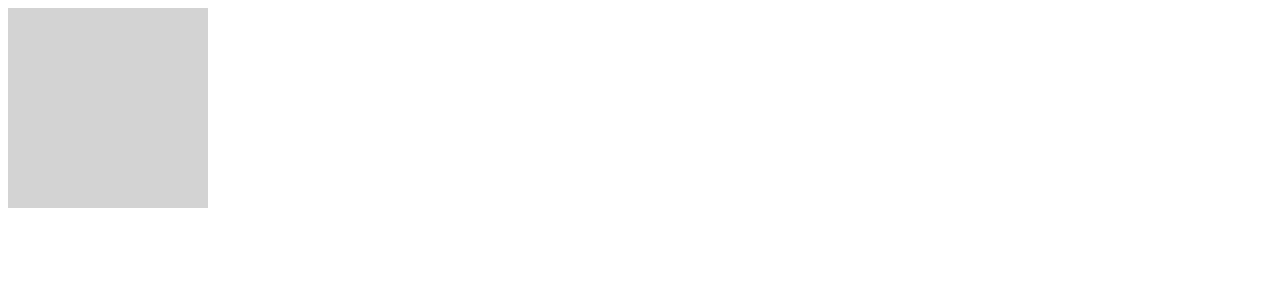
Repository: ezotop/react_ts_props-hook-router-event-req
Page: /
An editor plug-in stored every save of this project. The page is shown before and after the next save, followed by the edit.
The browser window is 1280 px wide. The pictures show the whole page.
The project was rebuilt for these pictures with package versions that can differ from the ones it lists, and the page was loaded fresh each time.

Above is the page before, as saved 2021-04-19 20:42:38.

### src/App.tsx
import React from 'react';
import Card from './component/Card';

const App = () => {
    return (
        <div>
            <Card width={'200px'} height={'200px'} />
        </div>
    );
};

export default App;

### src/component/Card.tsx
import React from 'react';

interface CardProps {
    width?: string // ? - если хотим сделать не обязательным
    height?: string
    children?: React.ReactChild | React.ReactNode
}

const Card = ({width, height, children}: CardProps) => {
    return (
        <div style={{width, height, background: 'lightgray'}}>
            {children}
        </div>
    );
};

export default Card;

Loaded but not shown: public/index.html (common file); src/index.tsx (common file)

After the next save:
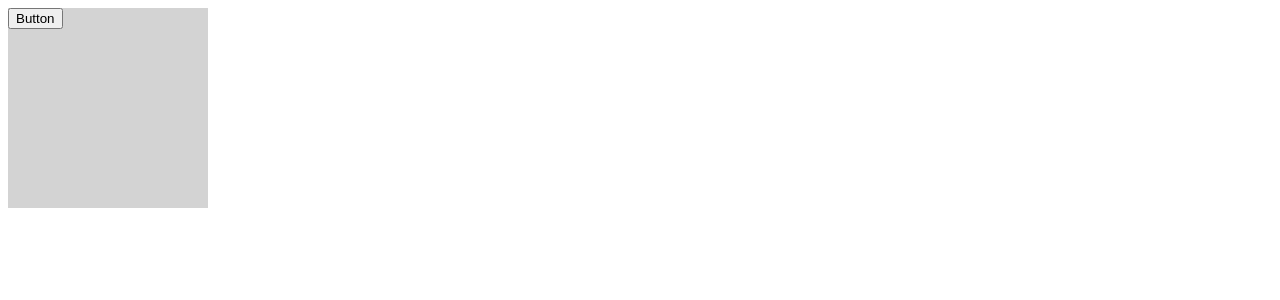
Saved 16 s later.
--- a/src/App.tsx
+++ b/src/App.tsx
@@ -4,7 +4,9 @@ import Card from './component/Card';
 const App = () => {
     return (
         <div>
-            <Card width={'200px'} height={'200px'} />
+            <Card width={'200px'} height={'200px'}>
+                <button>Button</button>
+            </Card>
         </div>
     );
 };
